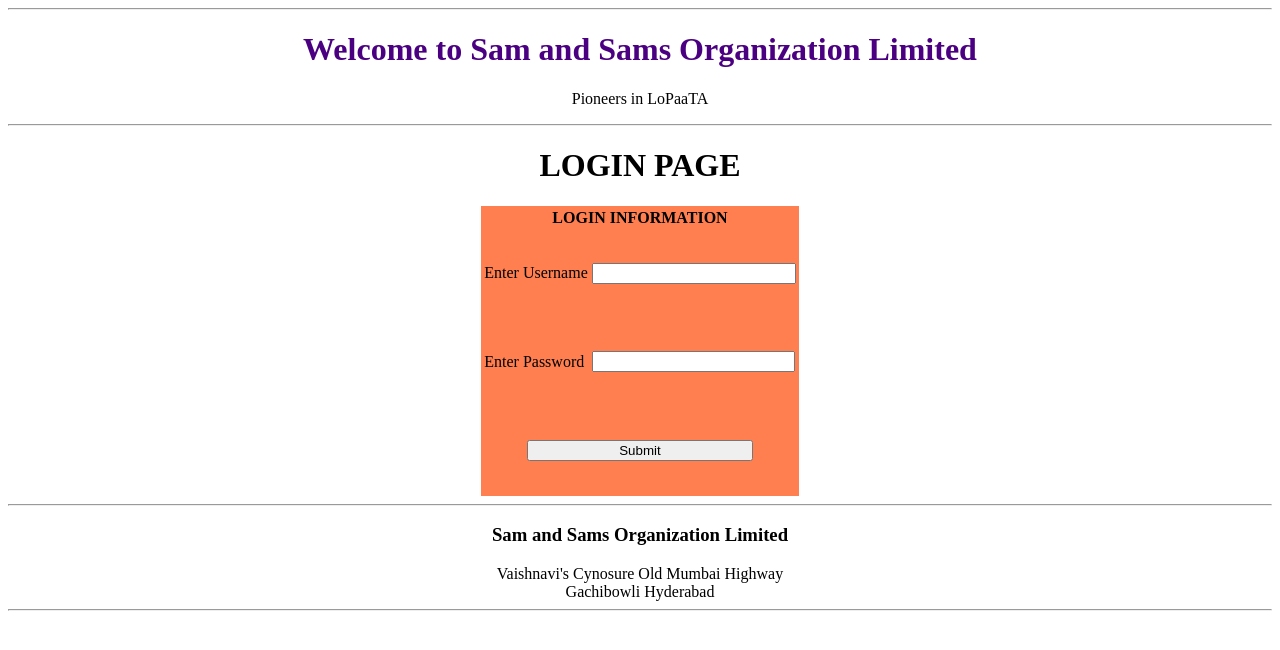
Repository: somnath0796/DeveloperMaterials
Page: http://localhost/JspApp/login.jsp
These files come from the project's save history. The page is drawn as it stood at one moment and after the next save; the edit follows.
The browser window is 1280 px wide. The pictures show the whole page.
The page is served by Tomcat 9.

Above is the page before, as saved 2018-02-02 06:24:30.

After the next save:
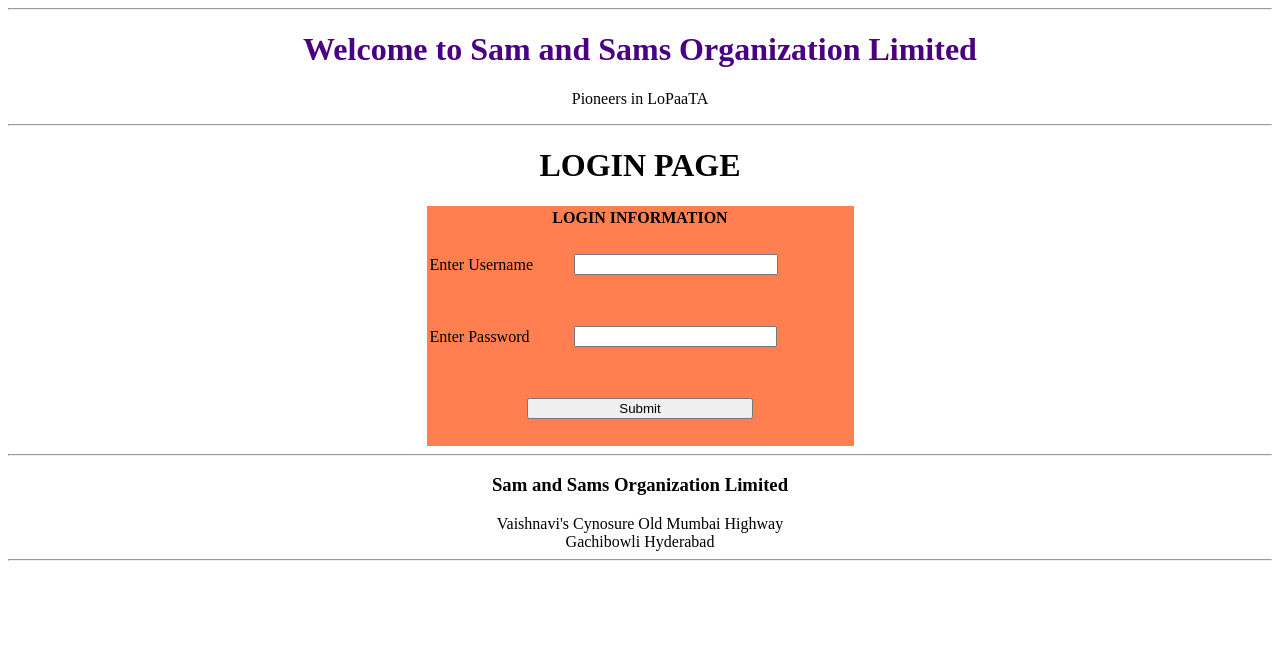
Saved 32 s later.
--- a/JspApp/WebContent/login.jsp
+++ b/JspApp/WebContent/login.jsp
@@ -11,7 +11,7 @@
 	<h1><center>LOGIN PAGE</center></h1>
 	 <form method="post" action="process.jsp">
 	 	<center>
-		<table style="background-color: Coral; height: 290px">
+		<table style="background-color: Coral; height: 240px; width: 427px">
 			<thead>
 				<tr>
 					<th colspan="2"><center> LOGIN INFORMATION</center></th>
